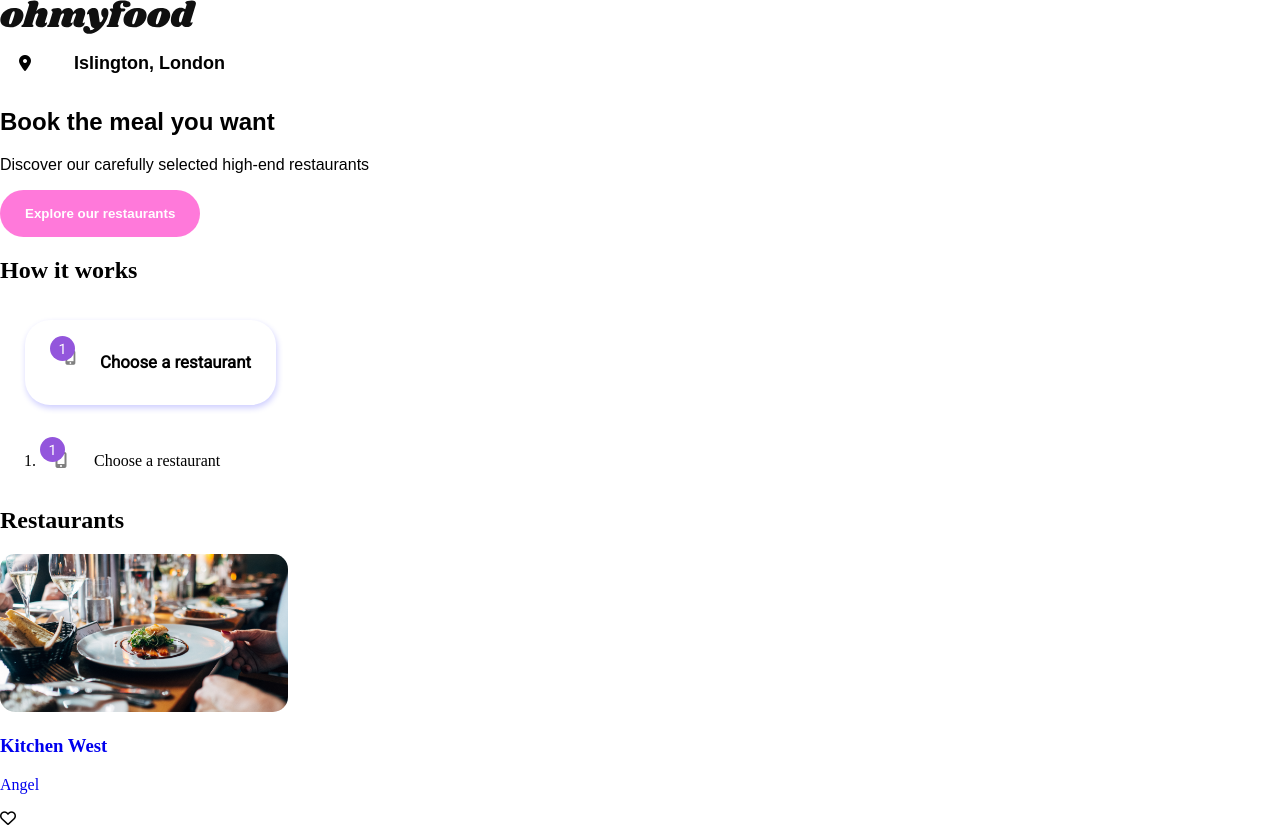
Repository: R1ptou/Project-3
Page: index.html
An editor plug-in stored every save of this project. The page is shown before and after the next save, followed by the edit.
The browser window is 1280 px wide. The pictures show the whole page.
Some web fonts or font styles are not loaded; a fallback is used. The style sheet was rebuilt from its Sass, Less or Tailwind sources for each picture, by a compiler version that may differ from the author's.

Above is the page before, as saved 2024-03-08 11:27:16.

After the next save:
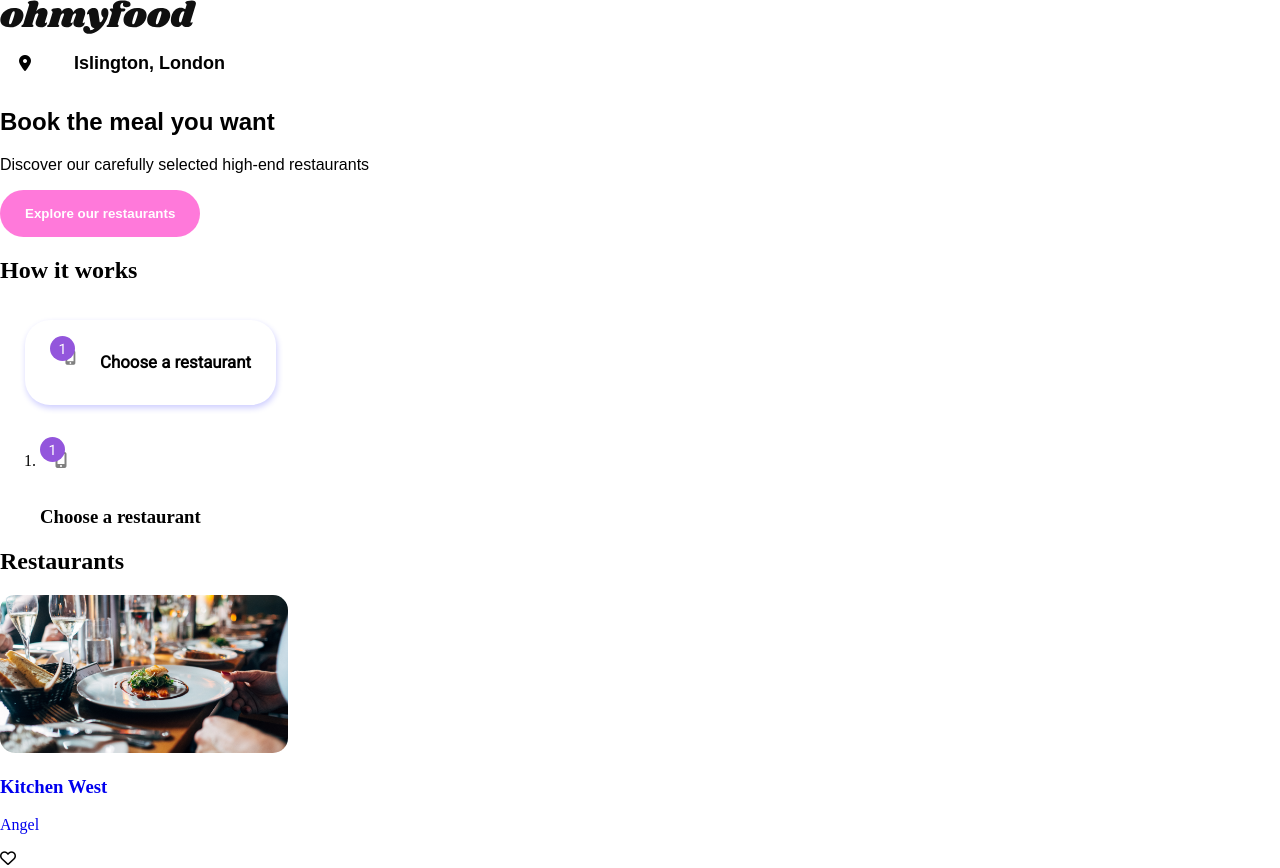
Saved 20 s later.
--- a/index.html
+++ b/index.html
@@ -50,7 +50,7 @@
                 <li>
                     <span class="icon-no">1</span>
                     <span class="icon-pic fa-solid fa-mobile-screen-button"></span>
-                    <span class="card-text">Choose a restaurant</span>
+                    <span class="card-text"><h3>Choose a restaurant</h3></span>
                 </li>
             </ol>
         </section>
